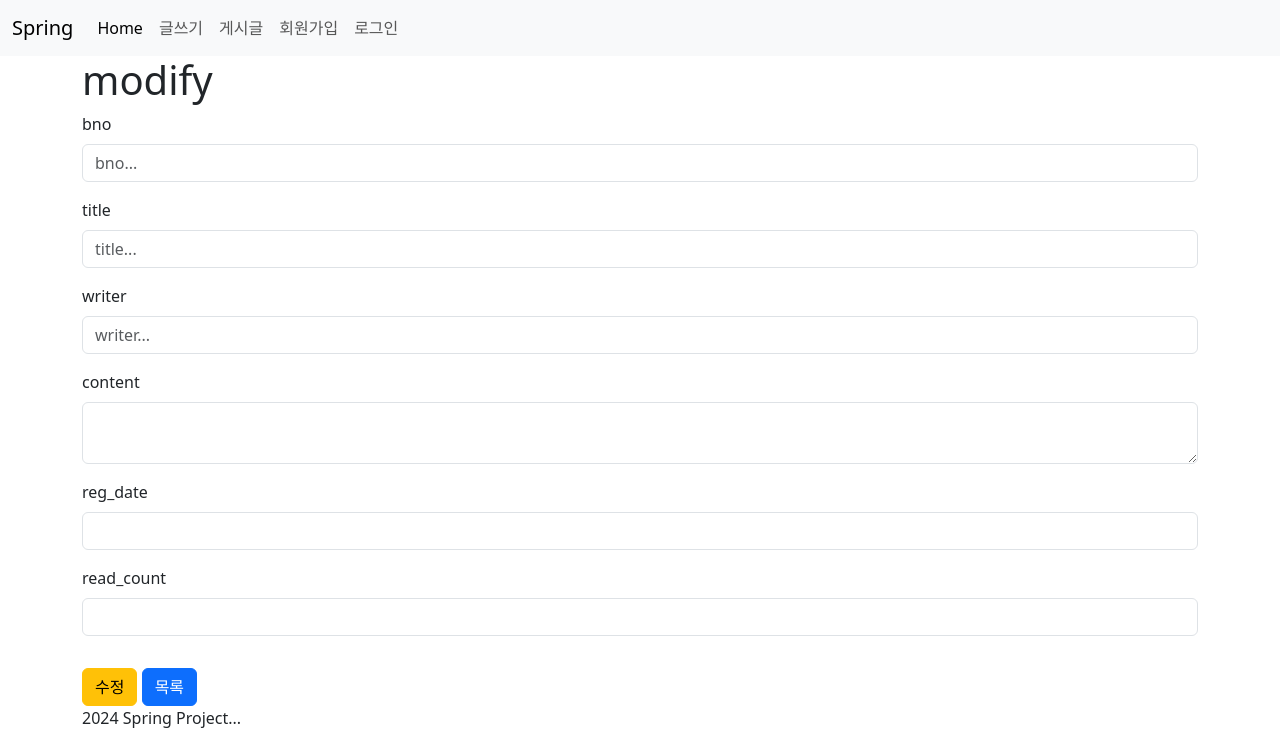
Repository: dlwpsdlwps/springTest240430
Page: http://localhost/spring_study/WEB-INF/views/board/modify.jsp
An editor plug-in stored every save of this project. The page is shown before and after the next save, followed by the edit.
The browser window is 1280 px wide. The pictures show the whole page.
The page is served by Tomcat 9. Nobody is signed in. The template is opened directly, without the code that normally fills it, so the values that code supplies are empty.

Above is the page before, as saved 2024-04-30 01:20:33.

### spring_study/src/main/webapp/WEB-INF/views/board/modify.jsp
<%@ page language="java" contentType="text/html; charset=UTF-8"
    pageEncoding="UTF-8"%>
<%@ taglib uri="http://java.sun.com/jsp/jstl/core" prefix="c" %>
    <jsp:include page="../layout/header.jsp" />
	<div class="container-md">
	<h1>modify</h1>
	<c:set value="${bdto.bvo }" var="bvo"></c:set>
	<form action="/board/modify" method="post">
		<div class="mb-3">
		  <label for="n" class="form-label">bno</label>
		  <input type="text" class="form-control" name="bno" id="n" value="${bvo.bno }" placeholder="bno..." readonly="readonly">
		</div>
		<div class="mb-3">
		  <label for="t" class="form-label">title</label>
		  <input type="text" class="form-control" name="title" id="t" value="${bvo.title }" placeholder="title...">
		</div>
		<div class="mb-3">
		  <label for="w" class="form-label">writer</label>
		  <input type="text" class="form-control" name="writer" id="w" value="${bvo.writer }" placeholder="writer..." readonly="readonly">
		</div>
		<div class="mb-3">
		  <label for="c" class="form-label">content</label>
		  <textarea class="form-control" name="content" id="c" aria-label="With textarea">${bvo.content }</textarea>
		</div>
		<div class="mb-3">
		  <label for="r" class="form-label">reg_date</label>
		  <input type="text" class="form-control" name="reg_date" id="r" value="${bvo.reg_date }" readonly="readonly">
		</div>
		<div class="mb-3">
		  <label for="rc" class="form-label">read_count</label>
		  <input type="text" class="form-control" name="read_count" id="rc" value="${bvo.read_count }" readonly="readonly">
		</div>
		<!-- file upload 표시라인 -->
		<c:set value="${bdto.flist }" var="flist"></c:set>
		<div class="mb-3">
			<ul class="list-group List-group flush">
				<!-- 파일 개수만큼 li를 반복하여 파일 표시 타입이 1인경우만 표시 -->
				<!-- li => div => img -->
				<!--    => div => 파일이름, 작성일, span size -->
				<c:forEach items="${flist }" var="fvo">
					<li class="list-group-item">
						<c:choose>
							<c:when test="${fvo.file_type > 0 }">
								<div>
									<img alt="" src="/upload/${fvo.save_dir }/${fvo.uuid}_th${fvo.file_name}">
								</div>
							</c:when>
							<c:otherwise>
								<div>
									<!-- 파일 타입이 0인경우 아이콘 모양 하나 가져와서 넣기 / 이미지 말고 다른 파일인 경우-->
								</div>
							</c:otherwise>
						</c:choose>
						<div>
							<!-- 파일이름 작성이 사이즈 -->
							<div>${fvo.file_name }</div>
							${fvo.reg_date }
							<span class="badge text-bg-warning">${fvo.file_size }Byte</span>
							<button type="button" class="btn btn-outline-danger btn-sm file-x" data-uuid="${fvo.uuid }">X</button>
						</div>
					</li>
				</c:forEach>
			</ul>
		</div>
		<button type="submit" class="btn btn-warning">수정</button>
		<a href="/board/list"><button type="button" class="btn btn-primary">목록</button></a>
		</form>
	</div>
	<script type="text/javascript" src="/resources/js/boardModify.js"></script>
	<jsp:include page="../layout/footer.jsp" />
</html>

### spring_study/src/main/webapp/WEB-INF/views/layout/header.jsp
<%@ page language="java" contentType="text/html; charset=UTF-8"
    pageEncoding="UTF-8"%>
<%@ taglib uri="http://java.sun.com/jsp/jstl/core" prefix="c" %>
<!DOCTYPE html>
<html>
<head>
<meta charset="UTF-8">
<title>header.jsp</title>
<link href="https://cdn.jsdelivr.net/npm/bootstrap@5.3.3/dist/css/bootstrap.min.css" rel="stylesheet" integrity="sha384-QWTKZyjpPEjISv5WaRU9OFeRpok6YctnYmDr5pNlyT2bRjXh0JMhjY6hW+ALEwIH" crossorigin="anonymous">
<script src="https://cdn.jsdelivr.net/npm/bootstrap@5.3.3/dist/js/bootstrap.bundle.min.js" integrity="sha384-YvpcrYf0tY3lHB60NNkmXc5s9fDVZLESaAA55NDzOxhy9GkcIdslK1eN7N6jIeHz" crossorigin="anonymous"></script>
</head>
<body>
<nav class="navbar navbar-expand-lg bg-body-tertiary">
  <div class="container-fluid">
    <a class="navbar-brand" href="/">Spring</a>
    <button class="navbar-toggler" type="button" data-bs-toggle="collapse" data-bs-target="#navbarSupportedContent" aria-controls="navbarSupportedContent" aria-expanded="false" aria-label="Toggle navigation">
      <span class="navbar-toggler-icon"></span>
    </button>
    <div class="collapse navbar-collapse" id="navbarSupportedContent">
      <ul class="navbar-nav me-auto mb-2 mb-lg-0">
        <li class="nav-item">
          <a class="nav-link active" aria-current="page" href="/">Home</a>
        </li>
        <li class="nav-item">
          <a class="nav-link" href="/board/register">글쓰기</a>
        </li>
        <li class="nav-item">
          <a class="nav-link" href="/board/list">게시글</a>
        </li>
        <li class="nav-item">
          <a class="nav-link" href="/member/register">회원가입</a>
        </li>
		<c:if test="${ses.id == null }">
	       	<li class="nav-item">
	       		<a class="nav-link" href="/member/login">로그인</a>
	       	</li>
       	</c:if>
		<c:if test="${ses.id != null }">
			<li class="nav-item">
				<a class="nav-link" href="/member/logout">로그아웃</a>
			</li>
		</c:if>
		<c:if test="${ses.id != null }">
	       	<li class="nav-item">
	       		<a class="nav-link" href="/member/modify">${ses.id }(${ses.email }) welcome</a>
	       	</li>
       	</c:if>
      </ul>
    </div>
  </div>
</nav>

### spring_study/src/main/webapp/WEB-INF/views/layout/footer.jsp
<%@ page language="java" contentType="text/html; charset=UTF-8"
    pageEncoding="UTF-8"%>
<div class="container-md">
	2024 Spring Project...
</div>

</body>
</html>

### spring_study/src/main/webapp/resources/js/boardModify.js
console.log("boardModify.js in");

document.addEventListener('click',(e)=>{
    console.log(e.target);
    if(e.target.classList.contains('file-x')){
        let uuid = e.target.dataset.uuid;
        console.log(uuid);
        deleteFileFromServer(uuid).then(result =>{
            if(result == 1){
                alert('파일 삭제 성공');
                e.target.closest('li').remove();
            }
        })
    }
})
//비동기 메서드 맵핑 방법 : post, get, put, delete
async function deleteFileFromServer(uuid){
    try {
        const url = "/board/"+uuid;
        const config={
            method:"delete"
        }
        const resp = await fetch(url, config);
        const result = await resp.text();
        return result;
    } catch (error) {
        console.log(error);
    }
}

After the next save:
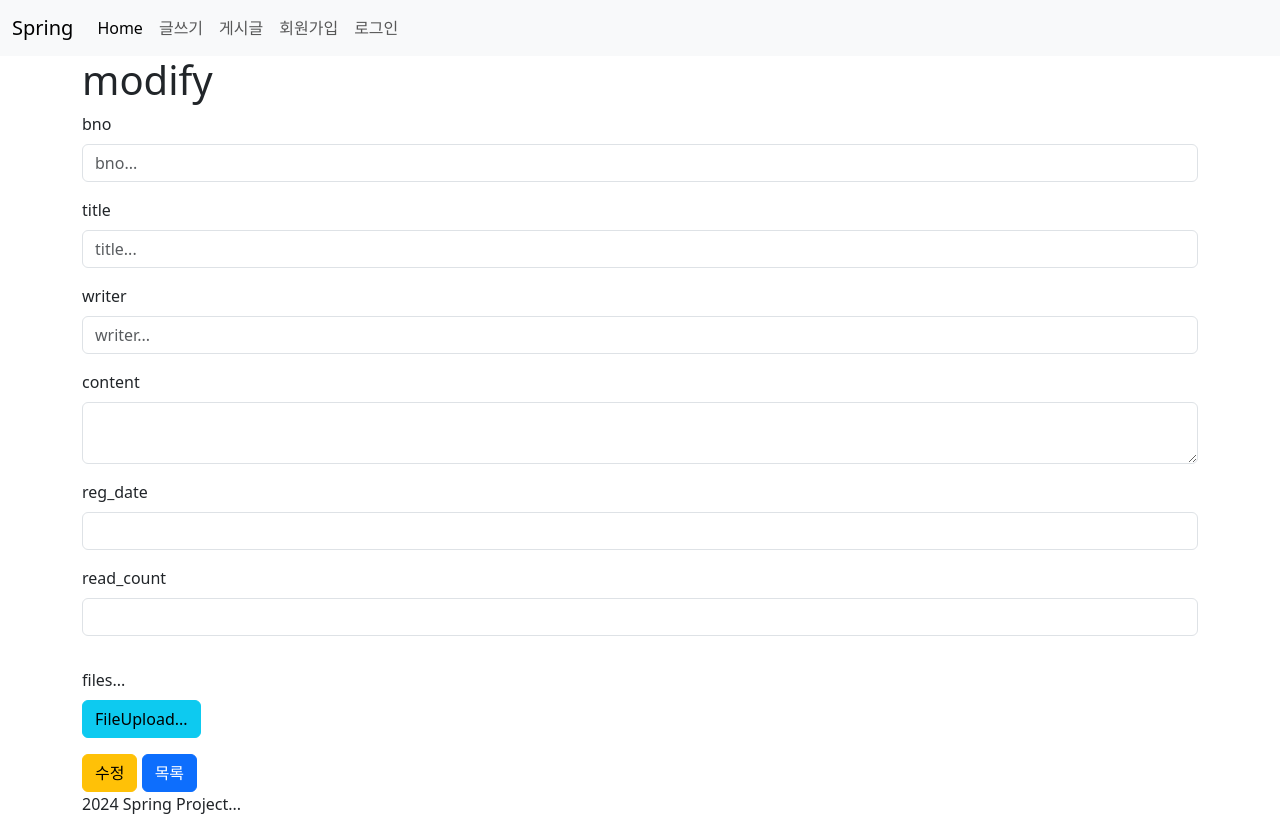
Saved 14 min 17 s later.
--- a/spring_study/src/main/webapp/WEB-INF/views/board/modify.jsp
+++ b/spring_study/src/main/webapp/WEB-INF/views/board/modify.jsp
@@ -62,7 +62,19 @@
 				</c:forEach>
 			</ul>
 		</div>
-		<button type="submit" class="btn btn-warning">수정</button>
+
+		<!-- 파일 입력 라인 추가 -->
+		<div class="mb-3">
+		  <label for="file" class="form-label">files...</label>
+		  <input type="file" class="form-control" name="files" id="file" multiple="multiple" style="display: none"> <br>
+		  <button type="button" class="btn btn-info" id="trigger">FileUpload...</button>
+		</div>
+
+		<!-- 파일 목록 표시 라인 -->
+		<div class="mb-3" id="fileZone">
+		</div>
+
+		<button type="submit" class="btn btn-warning" id="regBtn">수정</button>
 		<a href="/board/list"><button type="button" class="btn btn-primary">목록</button></a>
 		</form>
 	</div>
